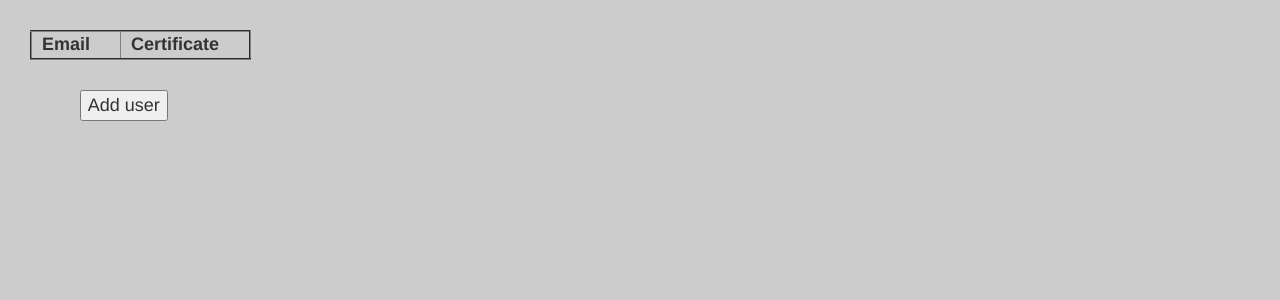
Repository: marijabroceta/ProjekatIB
Page: IB_Project_Shell/src/main/resources/static/main_page.html
These files come from the project's save history. The page is drawn as it stood at one moment and after the next save; the edit follows.
The browser window is 1280 px wide. The pictures show the whole page.
The page's requests for data from a server got no answer.

Above is the page before, as saved 2018-06-30 21:17:40.

After the next save:
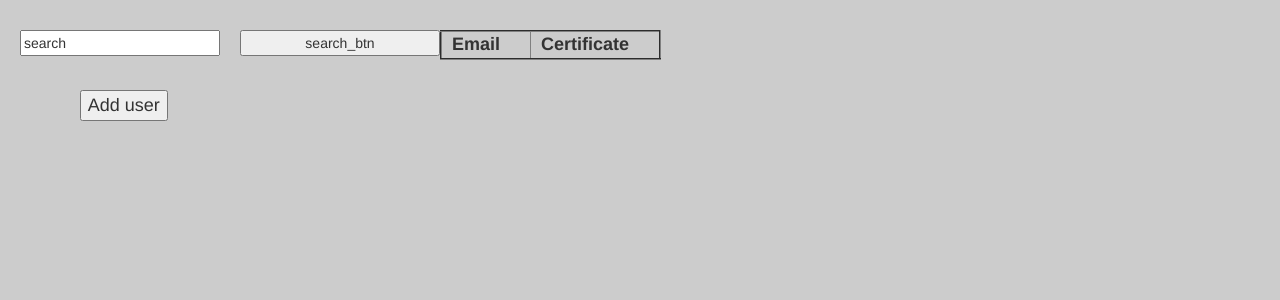
Saved 58 min 35 s later.
--- a/IB_Project_Shell/src/main/resources/static/main_page.html
+++ b/IB_Project_Shell/src/main/resources/static/main_page.html
@@ -9,6 +9,10 @@
     <script src="js/main_page.js" type="text/javascript"></script>
 </head>
 <body>
+	<div id="search_div">
+		<input type="text" name="search" id="search" value="search"/>
+		<input type="button" name="search_btn" id="search_btn" value="search_btn"/>
+	</div>
 	<div id="table">
 		<table id="users_table" border="2">
 			<tr>
